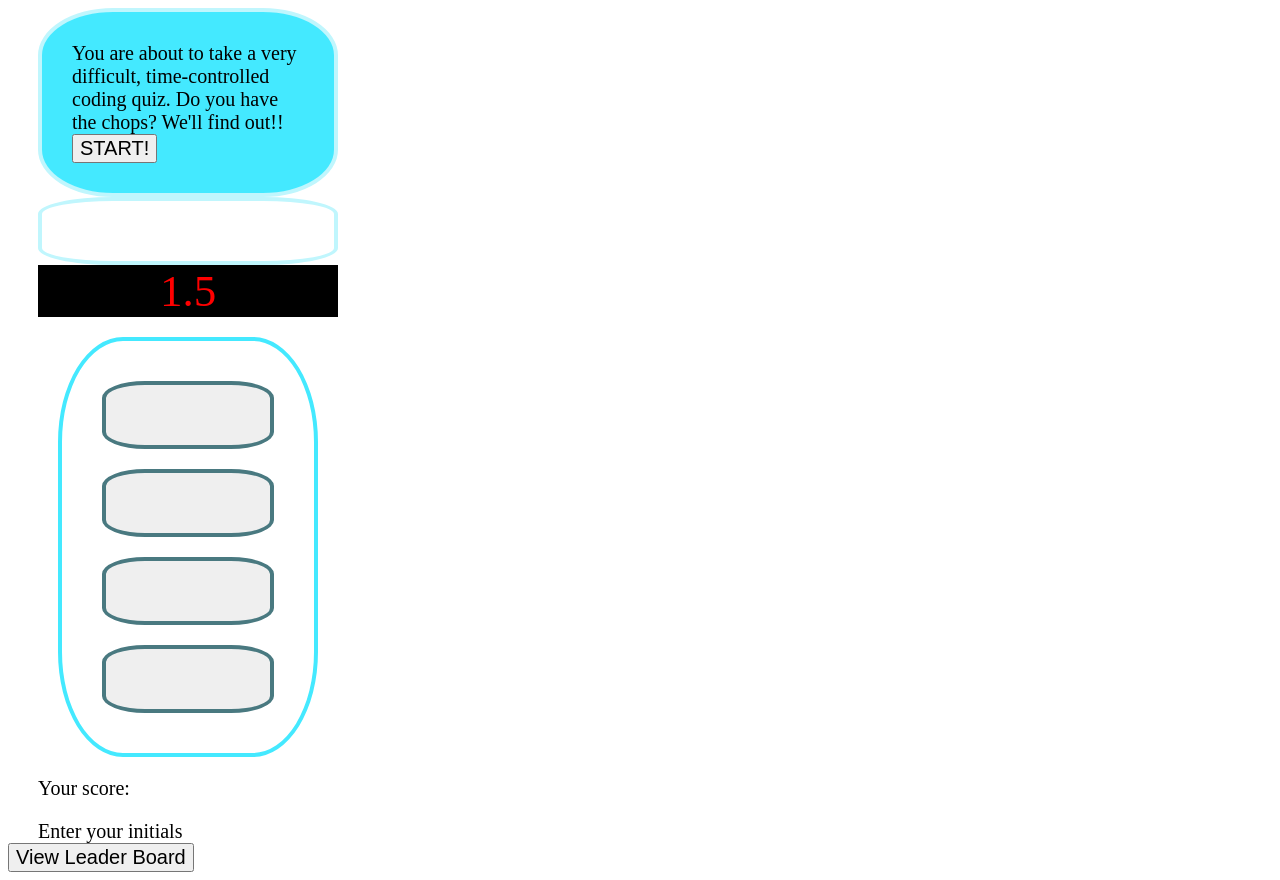
Repository: stuart-rickard/coding-quiz
Page: index.html
These files come from the project's save history. The page is drawn as it stood at one moment and after the next save; the edit follows.
The browser window is 1280 px wide. The pictures show the whole page.
After loading, the first visible `#starter-button` was clicked once.

Above is the page before, as saved 2021-11-23 05:32:01.

### index.html
<!DOCTYPE html>
<html lang="en">

<head>
  <meta charset="UTF-8">
  <meta name="viewport" content="width=device-width, initial-scale=1.0">
  <meta http-equiv="X-UA-Compatible" content="ie=edge">
  <title>Coding Quiz</title>
  <link rel="stylesheet" href="./assets/css/style.css">
</head>

<body>
  <main>
    <div class="start">
      You are about to take a very difficult, time-controlled coding quiz.  Do you have the chops?  We'll find out!!
      <button id="starter-button">START!</button>
    </div>
    <div class="div-question-answerform">
      <div class="question">

      </div>
      <div id="timer">
        60.0
      </div>
      <form class="answer-form">
        <button class="answer-button" id="#answer-a"></button>
        <button class="answer-button" id="#answer-b"></button>
        <button class="answer-button" id="#answer-c"></button>
        <button class="answer-button" id="#answer-d"></button>
      </form>
    </div>
    <div class="test-done">
      <p>Your score:</p>
    </div>
    <div class="leaderboard-list">

    </div>
    <form>
      Enter your initials
    </form>
    </main>
  <footer>
    <button class="leaderboard-button">View Leader Board</button>
  </footer>

  <script src="./assets/js/script.js"></script>
</body>

</html>

### assets/css/style.css
:root {
  --primary: #44e9ff;
  --secondary: #497980;
  --tertiary: rgb(192, 246, 253);
  --grey: #333;


  --regular-line-width: 4px;

  --border-radius-regular: 25%;
}

* {
    box-sizing: border-box;
    font-size: 20px;
  }

main {
    width: 300px;
    margin-left: 30px;
}

.start {
    background-color: var(--primary);
    border: var(--regular-line-width) solid var(--tertiary);
    border-radius: var(--border-radius-regular);
    padding: 30px;
}

.start-display-none {
    display:none;
}

.div-question-answerform {
    /* display: none; */
}

.question {
    border: var(--regular-line-width) solid var(--tertiary);
    border-radius: var(--border-radius-regular);
    padding: 30px;
}

#timer {
    background-color: black;
    font-style: "Monotron";
    font-size: 45px;
    color: red;
    text-align:center;
}

.answer-form {
    margin: 20px;
    border: var(--regular-line-width) solid var(--primary);
    border-radius: var(--border-radius-regular);
    padding: 30px;
    display: flex;
    flex-direction: column;
}

.answer-button {
    border: var(--regular-line-width) solid var(--secondary);
    border-radius: var(--border-radius-regular);
    padding: 30px;
    margin: 10px;
}

### assets/js/script.js
var startButton = document.getElementById('starter-button');
var timerDisplay = document.getElementById('timer');
var startDiv = document.getElementsByClassName("start");
const initialTime = 3.0;
var timer = initialTime;
var quizTimeIsUp = false;

// questions array; many thanks to Joanne Chun for writing most of these
var questions = [{
    question:"Can you use double quotes or single quotes to designate a string?",
    answers: ["Double quotes only", "Single quotes only", "Neither can be used", "Either can be used"],
    correctAnswer: "Either can be used",
    author: "Stuart"
},{
    question:"What do all HTML documents start with?",
    answers: ["Hypertext","html","<!DOCTYPE html","<html>"],
    correctAnswer: "<!DOCTYPE html",
    author: "Joanne"
},{
    question:"What is the process of finding errors and fixing them within a program called?",
    answers: ["Solving","Fixing","Resetting","Debugging"],
    correctAnswer: "Debugging",
    author: "Joanne"
},{
    question:"How do you see which remote links (in GitHub) have been established for your project",
    answers: ["git remote links","git remote -v","git add A-","git remote origin"],
    correctAnswer: "git remote -v",
    author: "Joanne"
},{
    question:"Why do we need an alt attribute for images in an HTML document?",
    answers: ["To identify the image","To access the image","To give context for the image"],
    correctAnswer: "To give context for the image",
    author: "Joanne"
},{
    question:"Which CSS property do you use to align the flex container's items on the main-axis?",
    answers: ["justify-content","align-content","align-text","flex-center"],
    correctAnswer: "justify-content",
    author: "Joanne"
},{
    question:"The visible part of the HTML document is between:",
    answers: ["<head> and </head>","<html> and </html>","<body> and </body>","<visible> and </visible"],
    correctAnswer: "<body> and </body>",
    author: "Joanne"
},{
    question:"Which way of adding CSS to HTML documents requires using a link?",
    answers: ["Internal","External","Reference","Inline"],
    correctAnswer: "External",
    author: "Joanne"
},{
    question:"In CSS, how do you select an element with a specific id?",
    answers: ["Write (.) followed by the id of the element","Write (.) after the id of the element","Write (#) followed by the id of the element","Write (id) followed by the id of the element"],
    correctAnswer: "Write (#) followed by the id of the element",
    author: "Joanne"
}];


/*
Variable for score
Variables for stopping different processes
*/



var timerCountdown = function(){
    debugger;
    startDiv.className = "start-display-none";
    // make class=start display: none

    // make class=div-question-answerform display: block
    // reduce timer variable by 0.1
    var decreaseTimerVariable = function() {
        timer = timer-0.1;
        if (timer <= 0) {
            quizTimeIsUp = true;
            timerDisplay.innerHTML = "out of time"; // this line doesn't work for some reason
            clearInterval(timerDecrement);
        }
        timerDisplay.innerHTML = timer.toFixed(1);
    };
    // call reduction of timer variable each one tenth of a second
    var timerDecrement = setInterval(decreaseTimerVariable,100);
};

var quizProcess = function() {
    //Begin clock
    timerCountdown();

}






/*
get questions / answers
randomize them
*/


//Listen for start button: start upon click
console.log("click worked here");
startButton.addEventListener("click", quizProcess);


/*
    begin asking questions
	Check the clock frequently and end game when it expires
		End game is just taking the ability to answer away
	Check answers
		If correct, add to score and show green
		If incorrect, reduce time left and show red
    bring up next question .5 seconds
When game ends
	Offer ability to record high score
		Store and retrieve high scores
	Offer "play again?"
*/

After the next save:
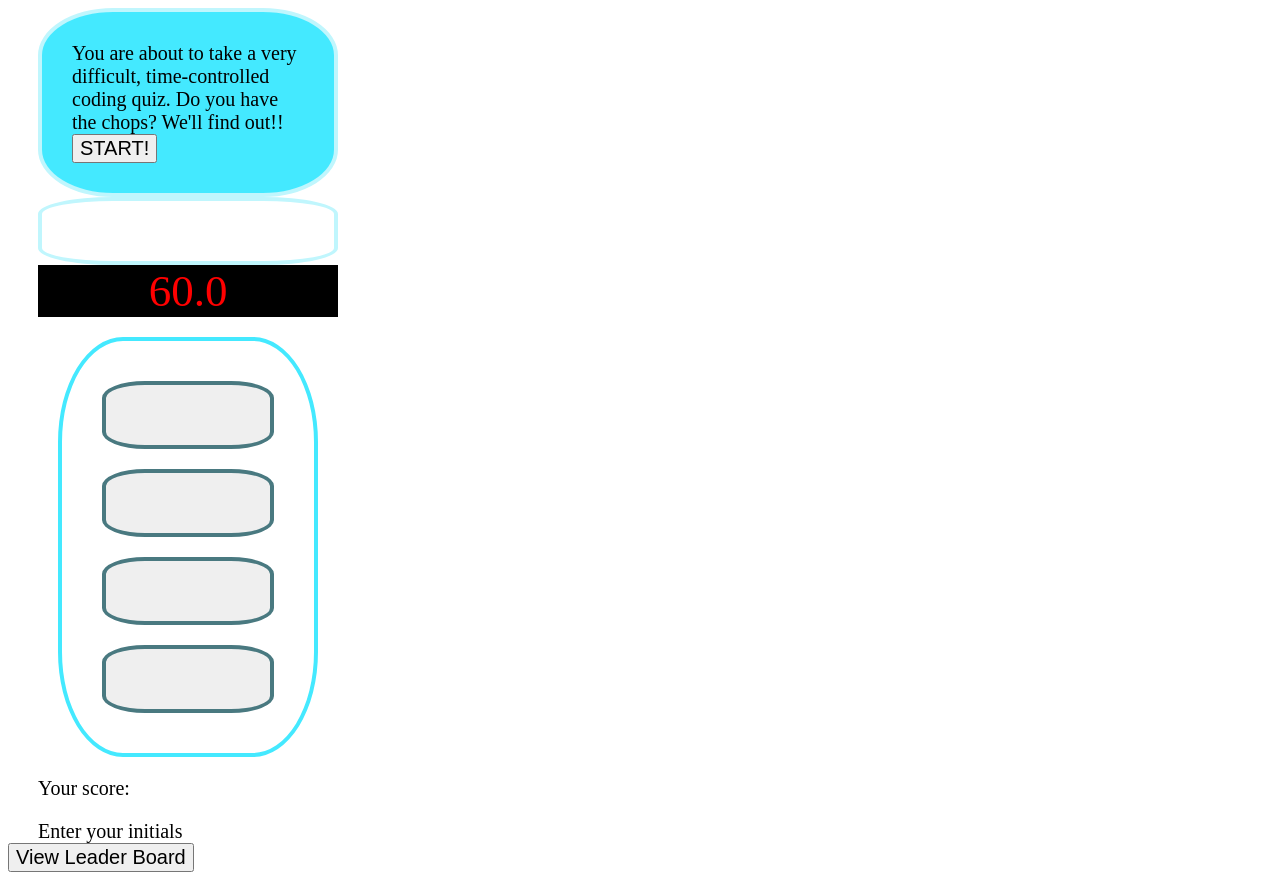
Console error: TypeError: Cannot set properties of undefined (setting 'display')
Saved 4 min 48 s later.
--- a/assets/js/script.js
+++ b/assets/js/script.js
@@ -63,7 +63,7 @@
 
 var timerCountdown = function(){
     debugger;
-    startDiv.className = "start-display-none";
+    startDiv.style.display = "none";
     // make class=start display: none
 
     // make class=div-question-answerform display: block

After the 2 saves that followed:
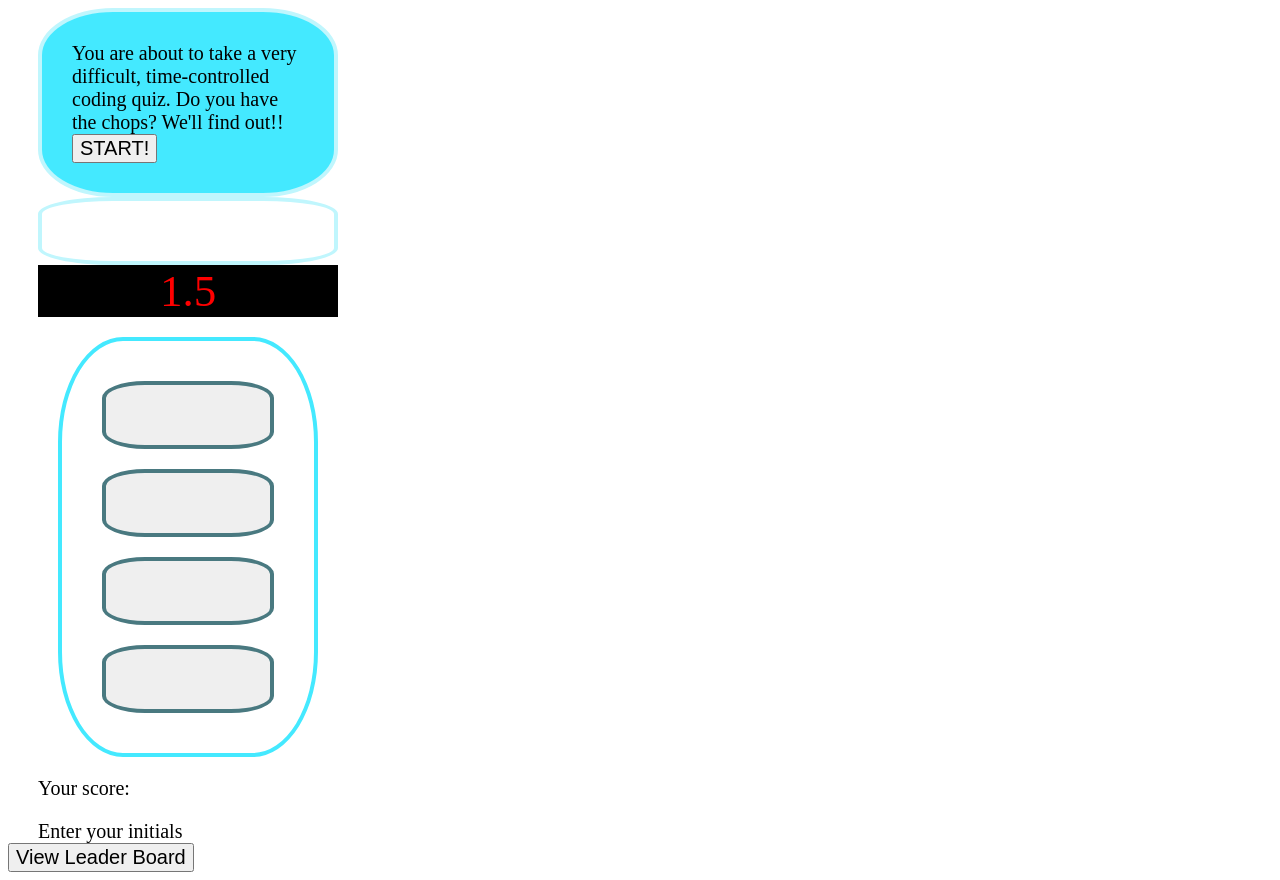
The error is gone.
The 2 saves are shown as one change because 1 left the picture as it was.
The last was saved 2 min 40 s later.
--- a/assets/css/style.css
+++ b/assets/css/style.css
@@ -27,9 +27,9 @@
     padding: 30px;
 }
 
-.start-display-none {
+/* .start-display-none {
     display:none;
-}
+} */
 
 .div-question-answerform {
     /* display: none; */
--- a/assets/js/script.js
+++ b/assets/js/script.js
@@ -63,7 +63,7 @@
 
 var timerCountdown = function(){
     debugger;
-    startDiv.style.display = "none";
+    //startDiv.style.display = "none";
     // make class=start display: none
 
     // make class=div-question-answerform display: block
